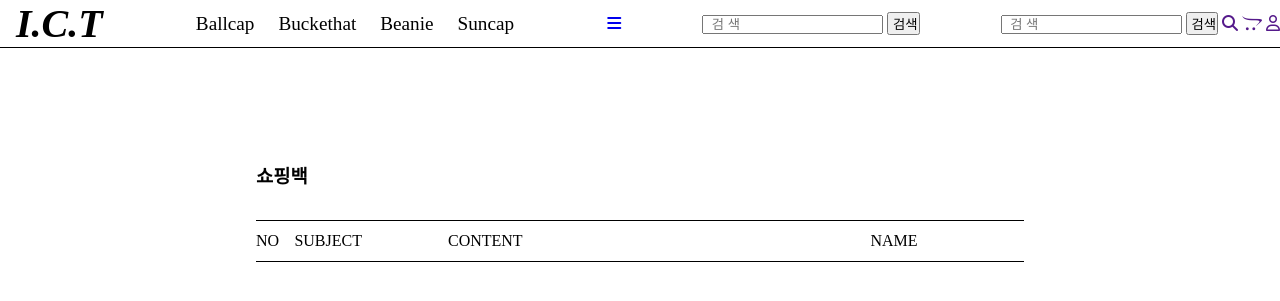
Repository: Developer120000/project1
Page: http://localhost/project1/productpage/q_a.jsp
The author's editor kept a copy of each file at every save. The page is drawn from the files as they stood at one save, then again after the next save.
The browser window is 1280 px wide. The pictures show the whole page.
Some web libraries are served in a nearby version. The page is served by Tomcat 9.

Above is the page before, as saved 2024-03-19 08:52:22.
Console error: SyntaxError: Identifier 'hamburger' has already been declared

### project1/src/main/webapp/productpage/q_a.jsp
<%@ page language="java" contentType="text/html; charset=UTF-8"
    pageEncoding="UTF-8"%>
<!DOCTYPE html>
<html>
<head>
<meta charset="UTF-8">
<meta name="viewport" content="width=device-width, initial-scale=1">
<title>payment</title>
<%@ include file="header.jsp" %>
<link rel="stylesheet" href="../css/header.css">
<script src="../js/header.js" defer></script>
<link rel="stylesheet" href="../css/q_a.css">
</head>
<body>
	<div class="qcontainer">
		<div class="qwrapper">
			<h3 class="qtitle">쇼핑백</h3>
			<ul class="qau">
				<li class="qal">NO</li>
				<li class="qal">SUBJECT</li>
				<li class="qal">CONTENT</li>
				<li class="qal">NAME</li>
			</ul>
		</div>
	</div>
</body>
</html>

### project1/src/main/webapp/productpage/header.jsp
<%@ page language="java" contentType="text/html; charset=UTF-8"
    pageEncoding="UTF-8"%>
<!DOCTYPE html>
<html>
<head>
<meta charset="UTF-8">
<meta name="viewport" content="width=device-width, initial-scale=1.0">
<title>I.C.T</title>
<script src="https://kit.fontawesome.com/80123590ac.js" crossorigin="anonymous"></script>
<link rel="stylesheet" href="../css/header.css">
<script src="../js/header.js" defer></script>
<!-- <script defer src="js 파일 위치"></script> -->
</head>
<body>
	<header id="header">
		<div class="wrapper">
			<p class="title">
				<a href="">I.C.T</a>
			</p>
			<ul class="category">
				<li><a href="">Ballcap</a></li>
				<li><a href="">Buckethat</a></li>
				<li><a href="">Beanie</a></li>
				<li><a href="">Suncap</a></li>
			</ul>
			<a href="#" class="hamburger">
				<i class="fa-solid fa-bars"></i>
			</a>
			<form class="item2" onsubmit="return false">
				<input type="text" class="searchbar2" type="text" placeholder="&nbsp;&nbsp;검 색">
				<button class="res2">&nbsp;검색</button>
			</form>
			<form class="item" onsubmit="return false">
				<input type="text" class="searchbar1" type="text" placeholder="&nbsp;&nbsp;검 색">
				<button class="res1">&nbsp;검색</button>
				<a href="" class="b1 a1"><i class="fa-solid fa-magnifying-glass"></i></a>
				<a href="" class="b2 a1"><i class="fa-brands fa-opencart"></i></a>
<!-- 				<i class="fa-solid fa-cart-shopping"></i> -->
				<a href="" class="b3 a1"><i class="fa-regular fa-user"></i></a>
			</form>
		</div>
	</header>

</body>
</html>

### project1/src/main/webapp/css/header.css
@charset "UTF-8";
*{margin: 0px; }
#header{

/* 	height: 4.06rem; */
}
.wrapper{
	width: 100%;
	position: fixed;
	display: flex;
	justify-content: space-between;
	align-items: center;
	background-color: white;
	border-bottom: 1px solid black;
	z-index: 5;
}
.title a{
	text-decoration: none;
	font-size: 2.5rem;
	font-weight: bold;
	margin-left: 1rem;
	color: black;
	font-style: italic;
	display: inline-block;
}
.category{
	display: flex;
/* 	margin-right: 50%; */
	list-style: none;
}
.category li{
	padding: 8px 12px;
}
li a{
/* 	margin-right: 1.0rem; */
	font-size: 1.2rem;
	text-decoration: none;
}
li a:visited {color: black;}
li a:hover {text-decoration: underline;}

.search{
	display: flex;
	padding-left: 0;

/* 	width: 60%; */
/* 	text-align: right; */
}
.searchbar{
/* 	width: 30%; */
/* 	margin-right: 5px;  */
	padding: 5px;
}
.a1{
/* 	margin-right: 10%; */
}
.icon{display: none;}


@media screen and (max-width:600px){
	.wrapper{
		flex-direction: column;
		align-items: flex-start;
		padding: 8px 24px;
	}
	.category{
		display: none;
		flex-direction: column;
		align-items: center;
		width: 100%;
	}
	.category li a{
		width: 100%;
		text-align: center;
	}
	.search{
		display: none;
		justify-content: center;
		width: 100%;
	}
	.icon{
		display: block;
	}
}

@media screen and (max-width:1138px){


}


@media screen and (max-width:800px){


}

/* 1015px 이하 - suncap 사라짐 */
@media screen and (max-width:590px){

	.header_second #s4{display: none;}
}

### project1/src/main/webapp/css/q_a.css
@charset "UTF-8";
*{margin: 0px; padding: 0px; box-sizing: border-box;}

.qcontainer{
	padding-top: 4.06rem;
	width: 100%;
}
.qwrapper{
	display: flex;
	justify-content: center;
	flex-direction: column;
	align-items: center;
	width: 100%;
}
.qau{
	width: 60%;
	display: grid;
	grid-template-columns: 5% 20% 55% 20%;
	list-style: none;
/* 	border-top: 1px solid black; */
	border-bottom: 1px solid black;
	padding: 0.7rem 0;

}
.qtitle{
	width: 60%;
	margin-top: 6rem;
	padding-bottom: 2rem;
	border-bottom: 1px solid black;
}
.q1{
	text-align: center;
}
.qwrite{
	width: 80%;
	height: 1.9rem;
	display: flex;
    justify-content: flex-end;
    margin: 2rem 0;
}
.qwrite1{
	min-width: 8rem;
	height: 100%;
	background-color: black;
	color: white;
	border: none;
	cursor: pointer;
}

### project1/src/main/webapp/js/header.js
const hamburger = document.querySelector('.hamburger');
const category = document.querySelector('.category');

hamburger.addEventListener('click', () => {
    category.classList.toggle('active');
})

document.addEventListener('click', (e) => {
    if (!category.contains(e.target) && !hamburger.contains(e.target)) {
        category.classList.remove('active');
    }
})


const b1 = document.querySelector('.b1');
const searchbar2 = document.querySelector('.searchbar2');
const res2 = document.querySelector('.res2');

b1.addEventListener('click', (e) => {
	e.preventDefault();
//	e.stopPropagation();
    searchbar2.classList.toggle('active');
    res2.classList.toggle('active');
})

document.addEventListener('click', (e) => {
    if (!searchbar2.contains(e.target) && !res2.contains(e.target) && !b1.contains(e.target)) {
        searchbar2.classList.remove('active');
    }
})

document.addEventListener('click', (e) => {
    if (!res2.contains(e.target) && !searchbar2.contains(e.target) && !b1.contains(e.target)) {
        res2.classList.remove('active');
    }
})


//const b2 = document.querySelector('.b2');
//const b3 = document.querySelector('.b3');
//
//hamburger.addEventListener('click', () => {
//    b2.classList.toggle('active');
//    b3.classList.toggle('active');
//})
//
//document.addEventListener('click', (e) => {
//    if (!hamburger.contains(e.target) && !b2.contains(e.target) && !b3.contains(e.target) && !category.contains(e.target)) {
//		category.classList.remove('active');
//        b2.classList.toggle('active');
//    	b3.classList.toggle('active');
//    }
//})

After the next save:
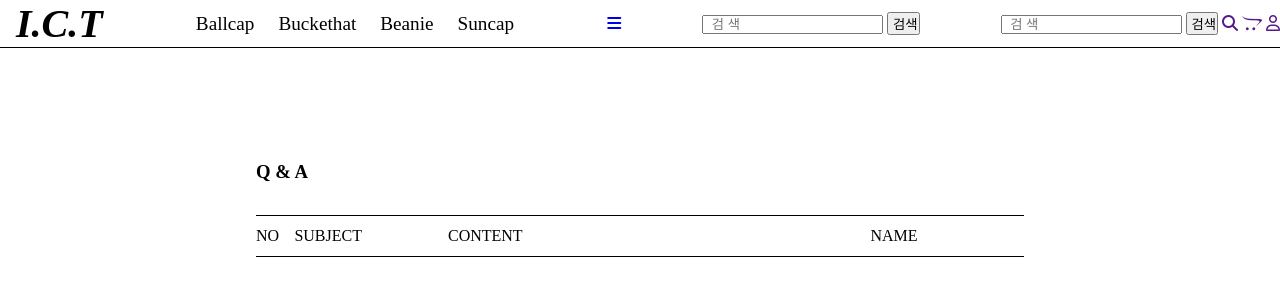
Saved 7 min 51 s later.
--- a/project1/src/main/webapp/productpage/q_a.jsp
+++ b/project1/src/main/webapp/productpage/q_a.jsp
@@ -14,7 +14,7 @@
 <body>
 	<div class="qcontainer">
 		<div class="qwrapper">
-			<h3 class="qtitle">쇼핑백</h3>
+			<h3 class="qtitle">Q & A</h3>
 			<ul class="qau">
 				<li class="qal">NO</li>
 				<li class="qal">SUBJECT</li>
